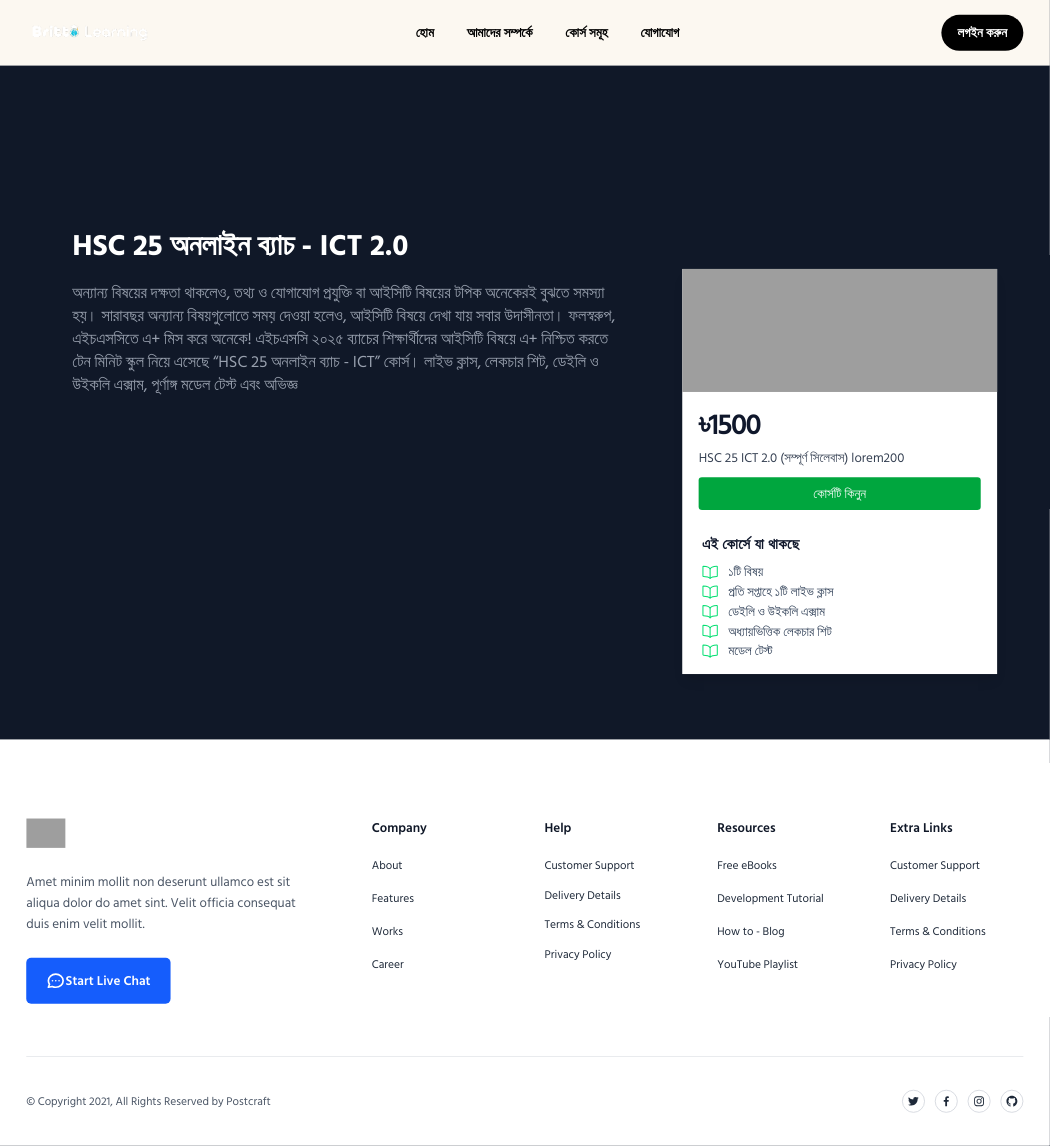
Repository: Ruddro420/course-selling
Page: /single-course
These files come from the project's save history. The page is drawn as it stood at one moment and after the next save; the edit follows.
The browser window is 1280 px wide. The pictures show the whole page, at 82% of full size.
Pictures or frames that could not be fetched are drawn as grey boxes. The project was rebuilt for these pictures with package versions that can differ from the ones it lists, and the page was loaded fresh each time. Also part of the build but not shown: vite.config.js, src/components/AboutSection.jsx, src/components/ContactSection.jsx, src/components/CourseSection.jsx, src/components/Hero.jsx, src/components/TeamSection.jsx, src/components/WhyUsSection.jsx, src/pages/Home.jsx and 2 more.

Above is the page before, as saved 2025-02-06 03:29:20.

### index.html
<!doctype html>
<html lang="en">

<head>
  <meta charset="UTF-8" />
  <link rel="icon" type="image/svg+xml" href="/img/fav-icon.jpg" />
  <meta name="viewport" content="width=device-width, initial-scale=1.0" />
  <link rel="preconnect" href="https://fonts.googleapis.com">
  <link rel="preconnect" href="https://fonts.gstatic.com" crossorigin>
  <link href="https://fonts.googleapis.com/css2?family=Hind+Siliguri:wght@300;400;500;600;700&display=swap"
    rel="stylesheet">
  <title>Britto Learning</title>
</head>

<body>
  <div id="root"></div>
  <script type="module" src="/src/main.jsx"></script>
</body>

</html>

### src/main.jsx
import { StrictMode } from 'react'
import { createRoot } from 'react-dom/client'
import './index.css'
import {
  createBrowserRouter,
  RouterProvider,
} from "react-router-dom";
import Home from './pages/Home.jsx';
import MainLayout from './MainLayout/MainLayout.jsx';
import LoginPage from './pages/LoginPage.jsx';
import AuthPage from './pages/AuthPage.jsx';
import CoursePage from './pages/CoursePage.jsx';

const router = createBrowserRouter([
  {
    path: "/",
    element: <MainLayout />,
    children: [
      {
        path: '/',
        element: <Home />
      },
      {
        path: '/single-course',
        element: <CoursePage />
      }
    ]
  },
  {
    path: '/login',
    element: <LoginPage />
  },
  {
    path: '/register',
    element: <AuthPage />
  }
]);

createRoot(document.getElementById('root')).render(
  <StrictMode>
    <RouterProvider router={router} />
  </StrictMode>,
)

### src/index.css
@import "tailwindcss";
/* Hind Siliguri Font */
@import url('https://fonts.googleapis.com/css2?family=Hind+Siliguri:wght@300;400;500;600;700&display=swap');

/* Basic Setup */
body {
  font-family: "Hind Siliguri", serif!important;
}

### src/MainLayout/MainLayout.jsx
import { Outlet } from "react-router-dom";
import Header from "../components/Header";
import MainFooter from "../components/MainFooter";

const MainLayout = () => {
    return (
        <div>
            <Header />
            <Outlet />
            <MainFooter />
        </div>
    );
};

export default MainLayout;

### src/pages/CoursePage.jsx

import CourseHero from '../components/courseComponent/CourseHero';

const CoursePage = () => {
  return (
    <>
      <CourseHero />
    </>
  );
};

export default CoursePage;

### src/components/Header.jsx
import { Link } from "react-router-dom";

const Header = () => {
    return (
        <div>
            <header className="bg-[#FCF8F1] bg-opacity-30">
                <div className="px-4 mx-auto sm:px-6 lg:px-8">
                    <div className="flex items-center justify-between h-16 lg:h-20">
                        <div className="flex-shrink-0">
                            <a href="#" title="" className="flex">
                                <img className="w-auto h-8" src="../../img/logo.png" alt="" />
                            </a>
                        </div>

                        <button type="button" className="inline-flex p-2 text-black transition-all duration-200 rounded-md lg:hidden focus:bg-gray-100 hover:bg-gray-100">
                            {/*    <!-- Menu open: "hidden", Menu closed: "block" --> */}
                            <svg className="block w-6 h-6" xmlns="http://www.w3.org/2000/svg" fill="none" viewBox="0 0 24 24" stroke="currentColor">
                                <path strokeLinecap="round" strokeLinejoin="round" strokeWidth="2" d="M4 8h16M4 16h16"></path>
                            </svg>

                            {/*  <!-- Menu open: "block", Menu closed: "hidden" --> */}
                            <svg className="hidden w-6 h-6" xmlns="http://www.w3.org/2000/svg" fill="none" viewBox="0 0 24 24" stroke="currentColor">
                                <path strokeLinecap="round" strokeLinejoin="round" strokeWidth="2" d="M6 18L18 6M6 6l12 12"></path>
                            </svg>
                        </button>

                        <div className="hidden lg:flex lg:items-center lg:justify-center lg:space-x-10">
                            <a href="#" title="" className="text-base text-black transition-all duration-200 hover:text-opacity-80 font-bold"> হোম </a>

                            <a href="#" title="" className="text-base text-black transition-all duration-200 hover:text-opacity-80 font-bold"> আমাদের সম্পর্কে </a>

                            <a href="#" title="" className="text-base text-black transition-all duration-200 hover:text-opacity-80 font-bold"> কোর্স সমূহ </a>

                            <a href="#" title="" className="text-base text-black transition-all duration-200 hover:text-opacity-80 font-bold"> যোগাযোগ </a>
                        </div>

                        <Link to='/login' href="#" title="" className="hidden lg:inline-flex items-center justify-center px-5 py-2.5 text-base transition-all duration-200 hover:bg-yellow-300 hover:text-black focus:text-black focus:bg-yellow-300 font-semibold text-white bg-black rounded-full" role="button"> লগইন করুন </Link>
                    </div>
                </div>
            </header>
        </div>
    );
};

export default Header;

### src/components/courseComponent/CourseHero.jsx
import { IoBookOutline } from "react-icons/io5";

const CourseHero = () => {
  return (
    <div className="">
      <div className="bg-gray-900 py-20 course-hero-section  flex items-center justify-between mx-auto p-4 ">
        <div className="container mx-auto mt-10 max-w-screen-xl md:px-12">
          <div className="flex flex-col course-hero md:flex-row md:gap-12">

            <div className="md:w-1/2 lg:w-2/3 pt-20 px-6 flex-grow hero-cards">
              <h1 className=" md:text-4xl text-xl text-white font-bold mb-6">
                HSC 25 অনলাইন ব্যাচ - ICT 2.0
              </h1>
              <p className="text-md md:text-xl lg:text-xl text-gray-400 mb-8">
                অন্যান্য বিষয়ের দক্ষতা থাকলেও, তথ্য ও যোগাযোগ প্রযুক্তি বা
                আইসিটি বিষয়ের টপিক অনেকেরই বুঝতে সমস্যা হয়। সারাবছর অন্যান্য
                বিষয়গুলোতে সময় দেওয়া হলেও, আইসিটি বিষয়ে দেখা যায় সবার উদাসীনতা।
                ফলস্বরুপ, এইচএসসিতে এ+ মিস করে অনেকে! এইচএসসি ২০২৫ ব্যাচের
                শিক্ষার্থীদের আইসিটি বিষয়ে এ+ নিশ্চিত করতে টেন মিনিট স্কুল নিয়ে
                এসেছে “HSC 25 অনলাইন ব্যাচ - ICT” কোর্স। লাইভ ক্লাস, লেকচার শিট,
                ডেইলি ও উইকলি এক্সাম, পূর্ণাঙ্গ মডেল টেস্ট এবং অভিজ্ঞ
              </p>
            </div>

            <div className="md:w-1/2 lg:w-1/3 z-40  pt-20  md:mt-12  flex-shrink-0 hero-cards hero-cards2">
              <div className="max-w-md pb-4  bg-white  border-gray-200 dark:bg-gray-800 dark:border-gray-700  shadow-lg main-card">
                <a href="#">
                  <iframe
                    className="w-full card-vedio"
                    src="https://www.youtube.com/embed/IjlYXtI2-GU?si=gBJ8wmkM5Jta3u4m"
                    title="YouTube video player"
                    frameBorder="0"
                    allow="accelerometer; autoplay; clipboard-write; encrypted-media; gyroscope; picture-in-picture; web-share"
                    referrerPolicy="strict-origin-when-cross-origin"
                    allowFullScreen
                  ></iframe>
                </a>
                {/* Fee-container */}
                <div className="suggestion-pricing dark:text-white">
                  <div className="p-5">
                    <a href="#">
                      <h5 className="mb-2 text-2xl font-bold tracking-tight text-gray-900 dark:text-white">
                        <span className="text-4xl font-semibold text-slate-900 tracking-tighter">
                          ৳1500
                        </span>
                      </h5>
                    </a>
                    <p className="mb-3 font-normal dark:text-white text-gray-700">
                      HSC 25 ICT 2.0 (সম্পূর্ণ সিলেবাস) lorem200
                    </p>
                    <button className="bg-green-600 whitespace-nowrap text-center md:w-full w-full rounded py-2 lg:py-2 text-white ">
                      কোর্সটি কিনুন
                    </button>
                  </div>

                  <div className="">
                    <h3 className="text-lg  font-bold text-slate-900 tracking-wide uppercase px-6 py-2">
                      এই কোর্সে যা থাকছে
                    </h3>
                    <li className="flex space-x-3 items-center px-6">
                      <IoBookOutline className="flex-shrink-0  h-5 w-5 text-green-400" />
                      <span className="text-base text-slate-700">১টি বিষয়</span>
                    </li>
                    <li className="flex space-x-3 items-center px-6">
                      <IoBookOutline className="flex-shrink-0  h-5 w-5 text-green-400" />
                      <span className="text-base text-slate-700">
                        প্রতি সপ্তাহে ১টি লাইভ ক্লাস
                      </span>
                    </li>
                    <li className="flex space-x-3 items-center px-6">
                      <IoBookOutline className="flex-shrink-0  h-5 w-5 text-green-400" />
                      <span className="text-base text-slate-700">
                        ডেইলি ও উইকলি এক্সাম
                      </span>
                    </li>
                    <li className="flex space-x-3 items-center px-6">
                      <IoBookOutline className="flex-shrink-0  h-5 w-5 text-green-400" />
                      <span className="text-base text-slate-700">
                        অধ্যায়ভিত্তিক লেকচার শিট
                      </span>
                    </li>
                    <li className="flex space-x-3 items-center px-6">
                      <IoBookOutline className="flex-shrink-0  h-5 w-5 text-green-400" />
                      <span className="text-base text-slate-700">
                        মডেল টেস্ট
                      </span>
                    </li>
                  </div>
                </div>
              </div>
            </div>


          </div>
        </div>
      </div>
    </div>
  );
};

export default CourseHero;

Loaded but not shown: src/components/MainFooter.jsx (182 lines, source omitted)

After the next save:
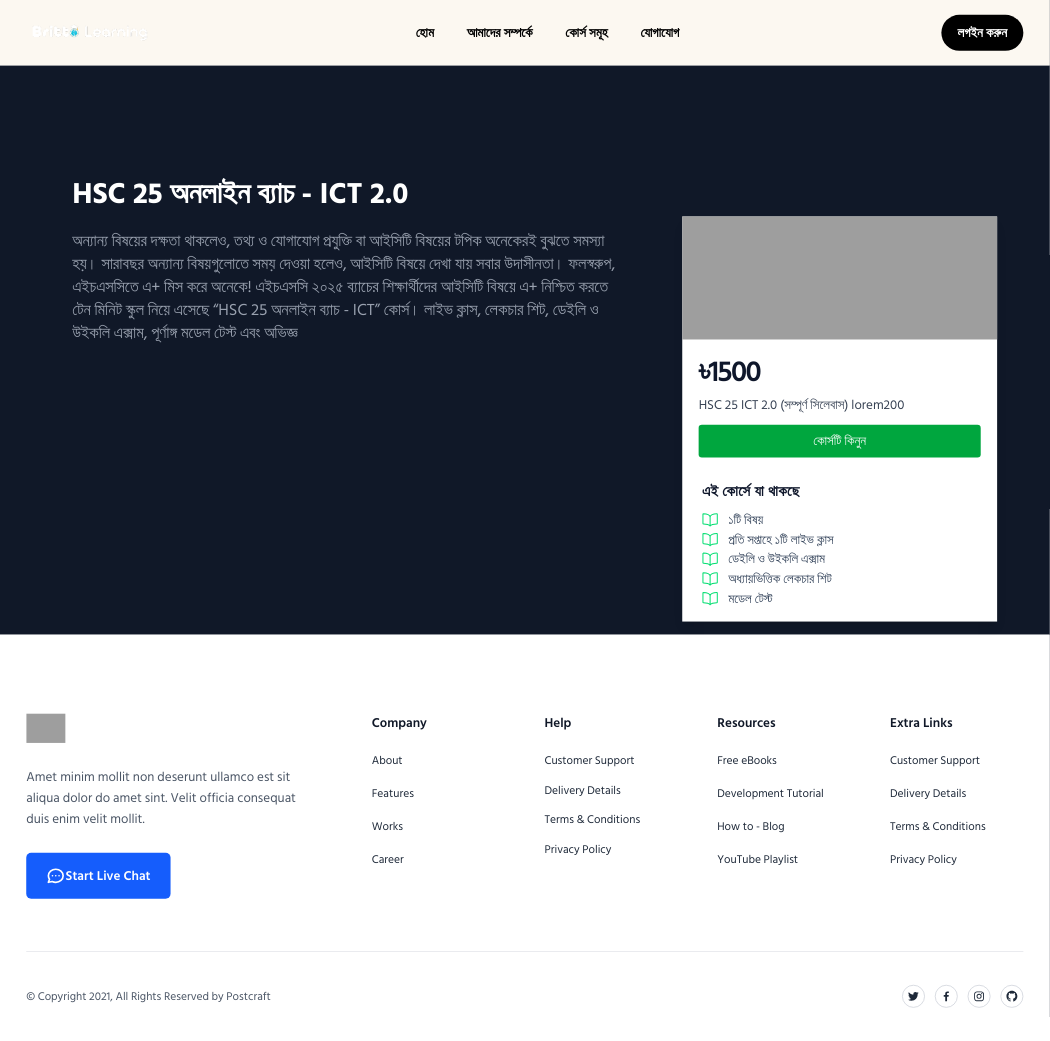
Saved 22 s later.
--- a/src/components/courseComponent/CourseHero.jsx
+++ b/src/components/courseComponent/CourseHero.jsx
@@ -3,7 +3,7 @@ import { IoBookOutline } from "react-icons/io5";
 const CourseHero = () => {
   return (
     <div className="">
-      <div className="bg-gray-900 py-20 course-hero-section  flex items-center justify-between mx-auto p-4 ">
+      <div className="bg-gray-900  course-hero-section  flex items-center justify-between mx-auto p-4 ">
         <div className="container mx-auto mt-10 max-w-screen-xl md:px-12">
           <div className="flex flex-col course-hero md:flex-row md:gap-12">
 
